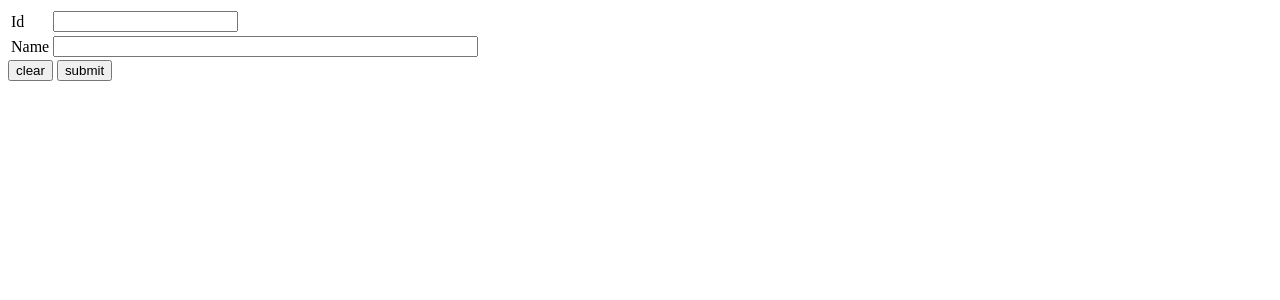
Repository: sandypatidar/my-all-java-code
Page: http://localhost/Jdbc/
These files come from the project's save history. The page is drawn as it stood at one moment and after the next save; the edit follows.
The browser window is 1280 px wide. The pictures show the whole page.
The page is served by Tomcat 9.

Above is the page before, as saved 2019-05-30 18:48:32.

After the next save:
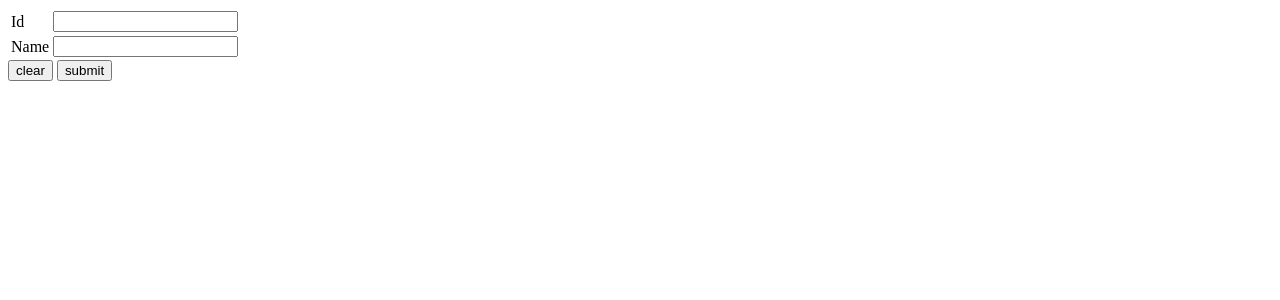
Saved 4 min 23 s later.
--- a/eclipse-workspace/eclipse-workspace/Jdbc/WebContent/index.jsp
+++ b/eclipse-workspace/eclipse-workspace/Jdbc/WebContent/index.jsp
@@ -9,11 +9,11 @@
 		<tbody>
 			<tr>
 				<td>Id</td>
-				<td><input type="number" name ="num" size="150"></td>
+				<td><input type="number" name ="num" ></td>
 			</tr>
 			<tr>
 				<td>Name</td>
-				<td><input type="name" name = "name" size="50"></td>
+				<td><input type="name" name = "name" ></td>
 			</tr>
 		</tbody>
 		</table>
